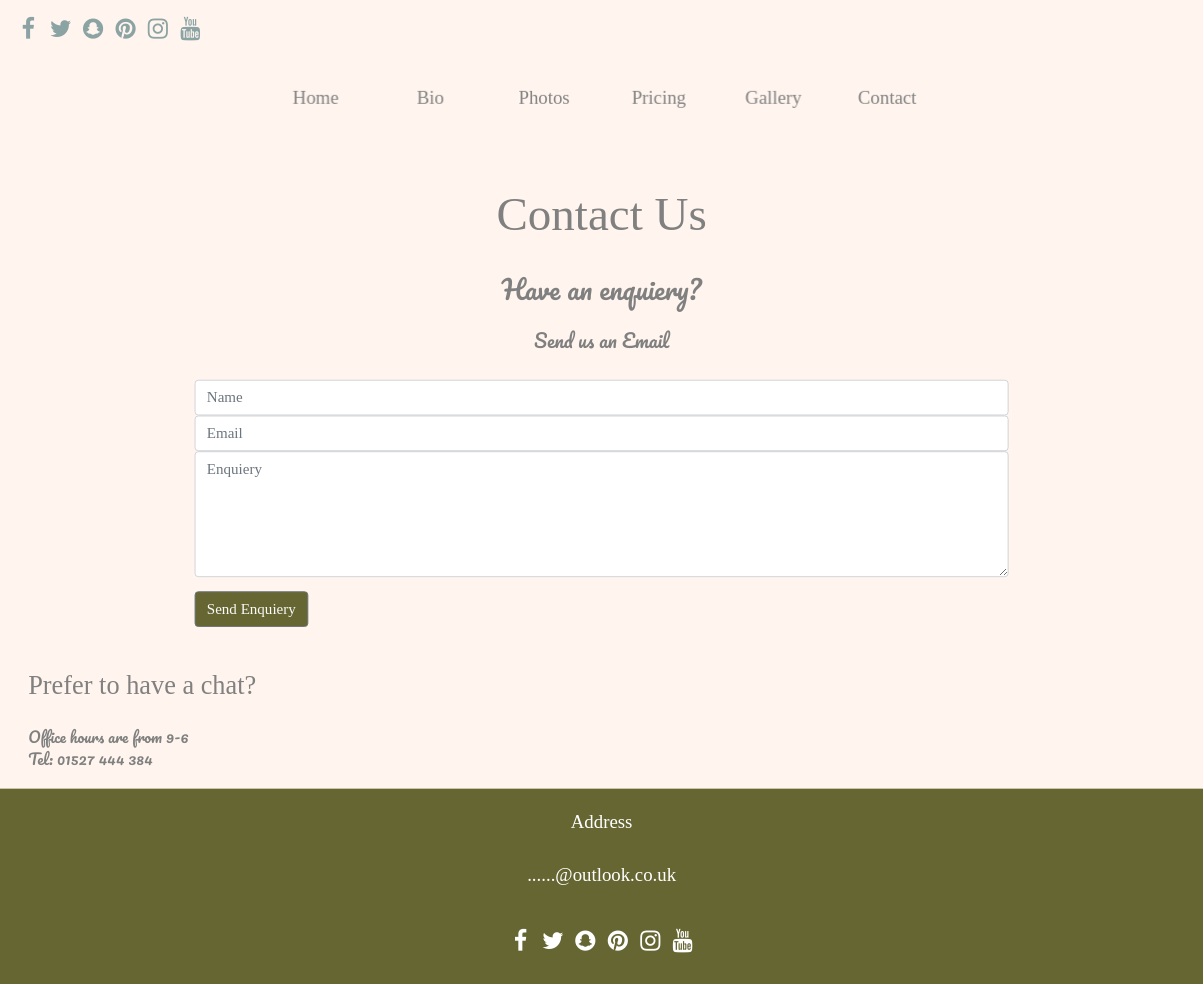
Repository: elizabeth24602/LoaderMedia
Page: contact.html
The author's editor kept a record of every edit. The page is drawn from the files as they stood at one moment, then again after the next edit.
The browser window is 1280 px wide. The pictures show the whole page, at 94% of full size.
Some web fonts or font styles are not loaded; a fallback is used.

Above is the page before.
Console error: ReferenceError: emailjs is not defined
Not found: Assests/images/

After the next edit:
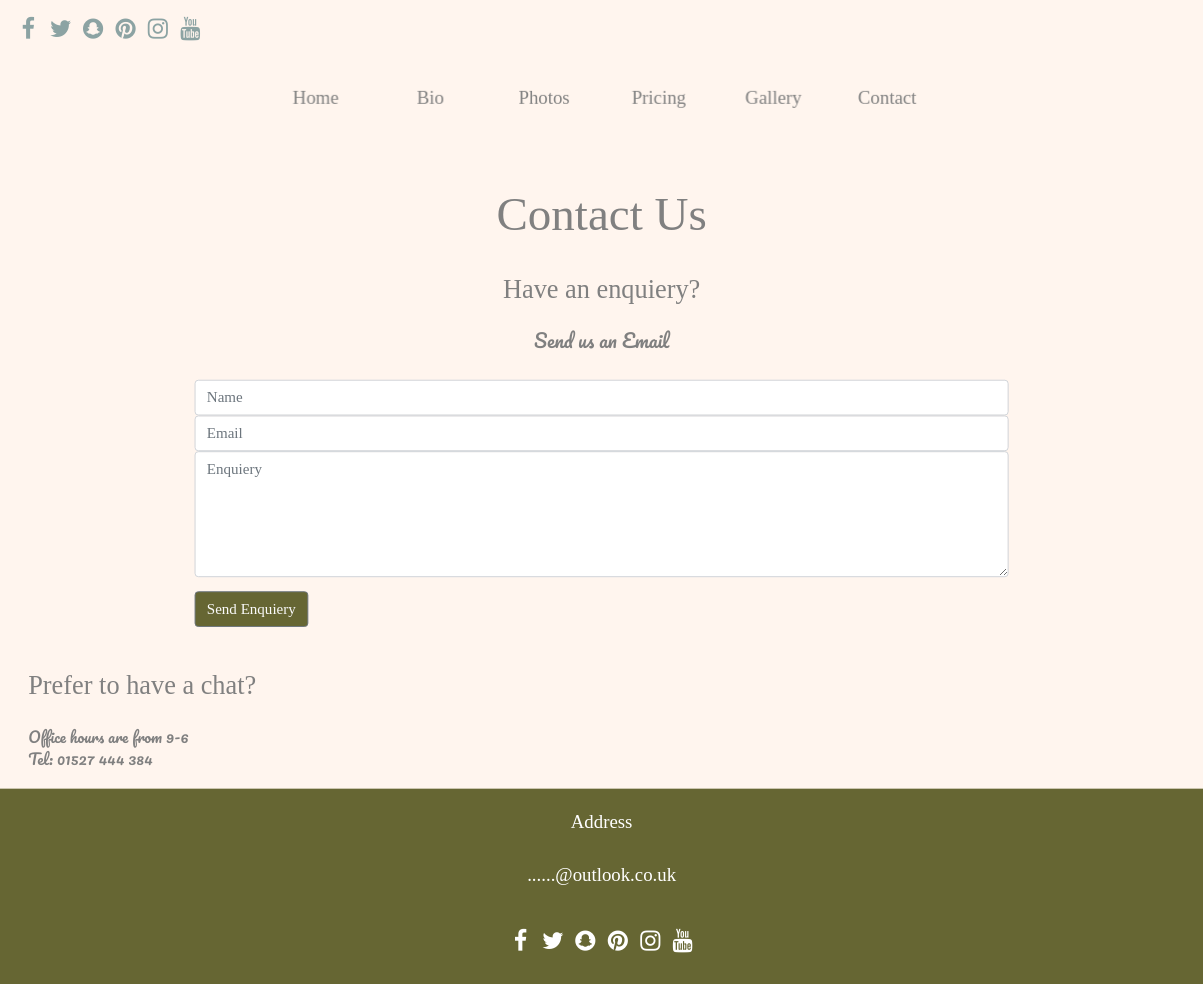
The edit:
--- a/contact.html
+++ b/contact.html
@@ -115,7 +115,7 @@
     <section class="container-fluid">
         <div class="row bg-color-contact">
             <div class="col-sm-12">
-                <h3 class="contact-heading uppercase text-center">Have an enquiery?</h3>
+                <h3 class="contact-heading uppercase">Have an enquiery?</h3>
                 <h5 class="uppercase text-center">Send us an Email</h5>
             </div>
             <div class="col-sm-12 center-form">
